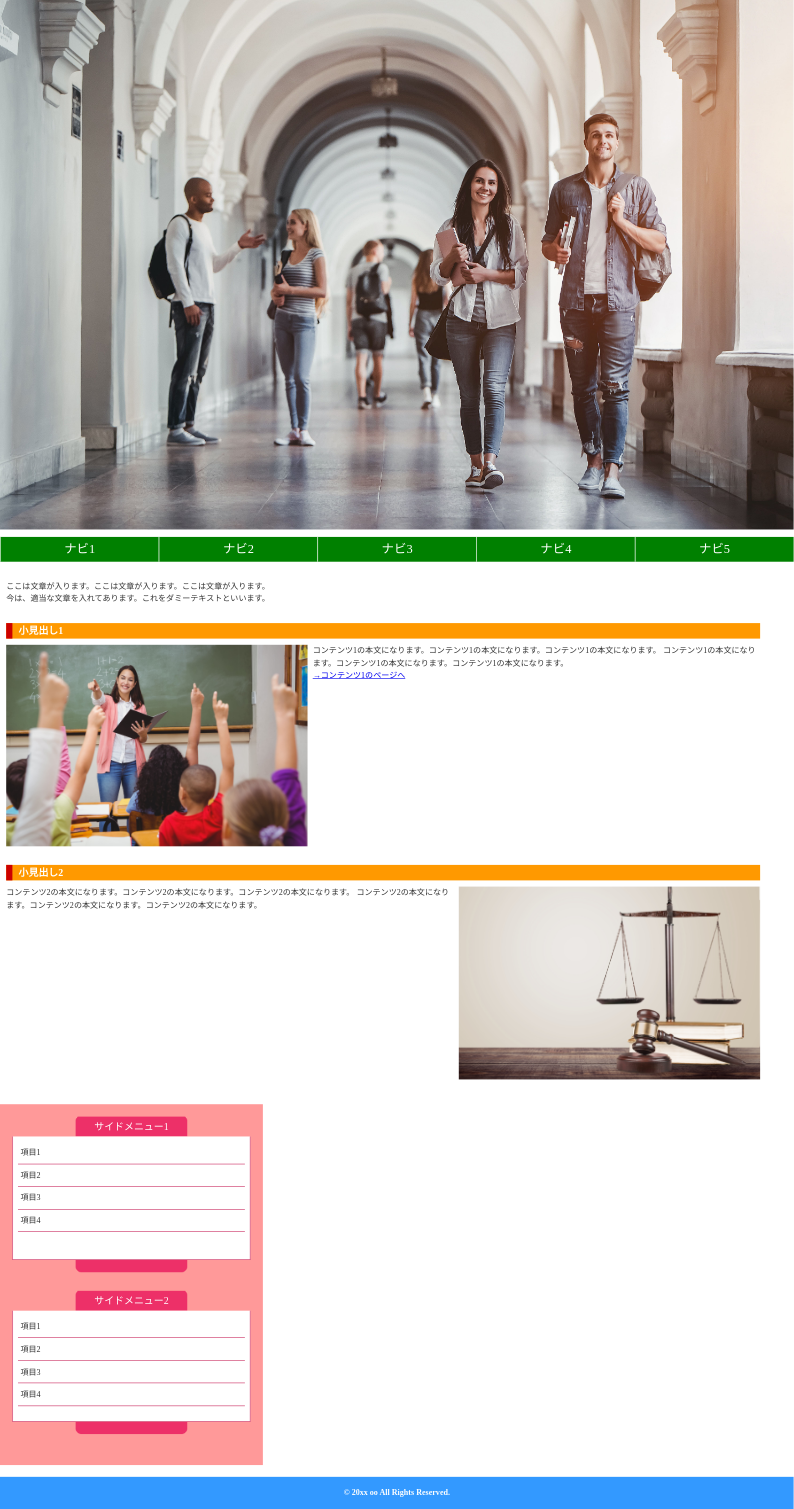
Repository: hrhrsor/samurai_HTML-CSS
Page: home.html
The author's editor kept a record of every edit. The page is drawn from the files as they stood at one moment, then again after the next edit.
The browser window is 1280 px wide. The pictures show the whole page, at 62% of full size.

Above is the page before.

After the next edit:
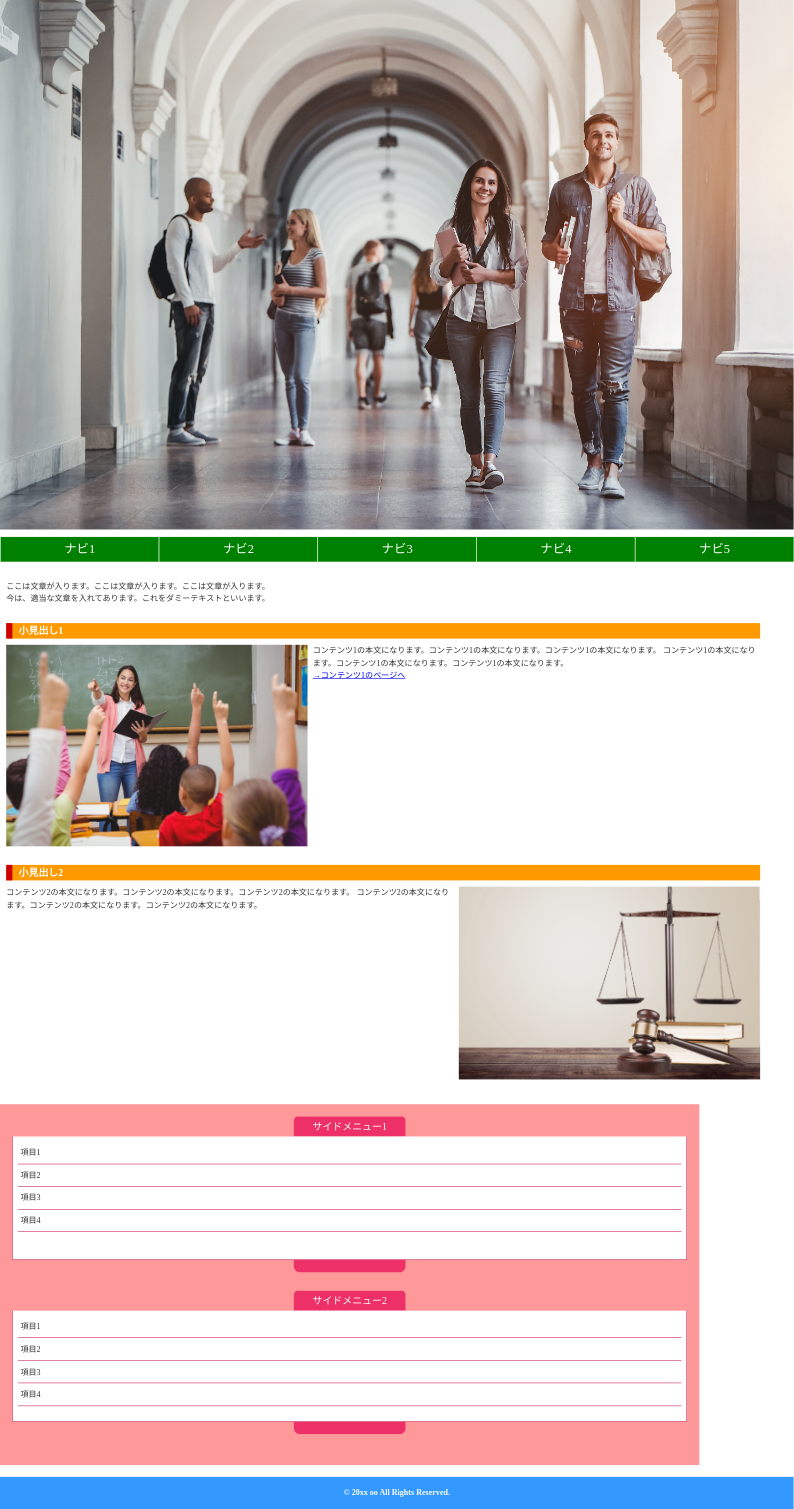
The edit:
--- a/stylesheet.css
+++ b/stylesheet.css
@@ -135,8 +135,7 @@
 
 /*-----------------------------side---------------------*/
 #side {
-       float: right;
-       width: 30%;
+     width: 85%;
        padding: 20px;
        background-color: #F99;
 }
